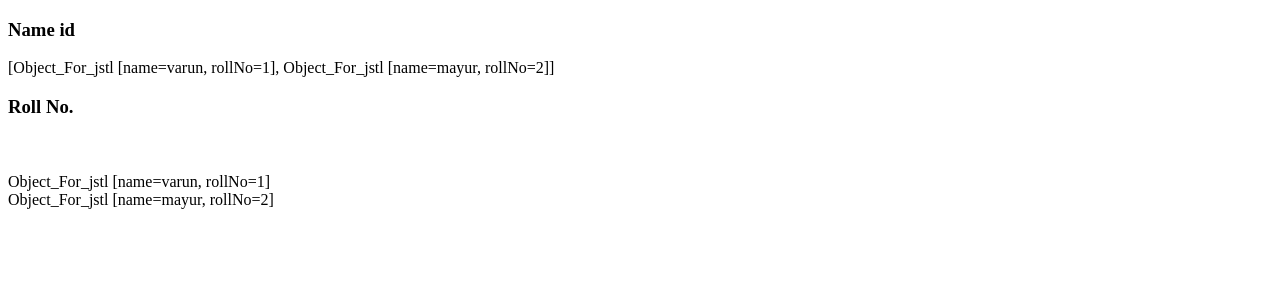
Repository: Kvarun0/JSP_JSTL_SERVLET
Page: http://localhost/C_Jsp_With_Jstl_Basic/
These files come from the project's save history. The page is drawn as it stood at one moment and after the next save; the edit follows.
The browser window is 1280 px wide. The pictures show the whole page.
The page is served by Tomcat 9.

Above is the page before, as saved 2023-02-03 15:08:20.

After the next save:
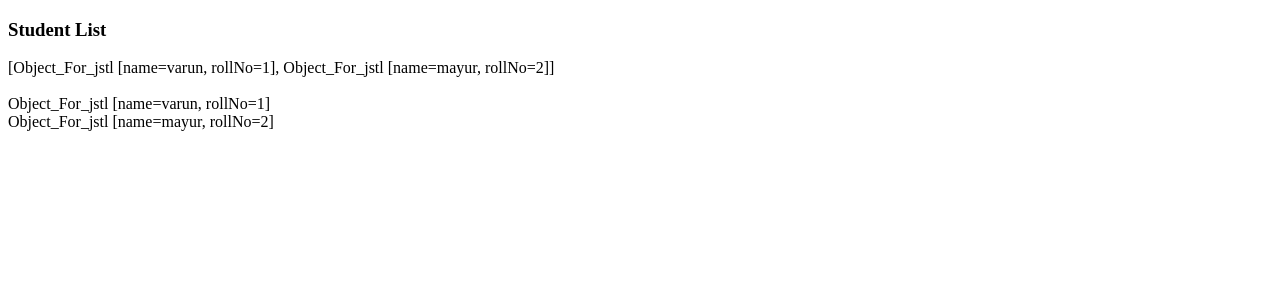
Saved 21 s later.
--- a/C_Jsp_With_Jstl_Basic/WebContent/object_with_jsp_jstl.jsp
+++ b/C_Jsp_With_Jstl_Basic/WebContent/object_with_jsp_jstl.jsp
@@ -10,9 +10,7 @@
 </head>
 <body>
 
-	<h3>Name id </h3> ${student}
-	<br>
-	<h3>Roll No.</h3>
+	<h3>Student List </h3> ${student}
 	<br>
 	<br>
 
